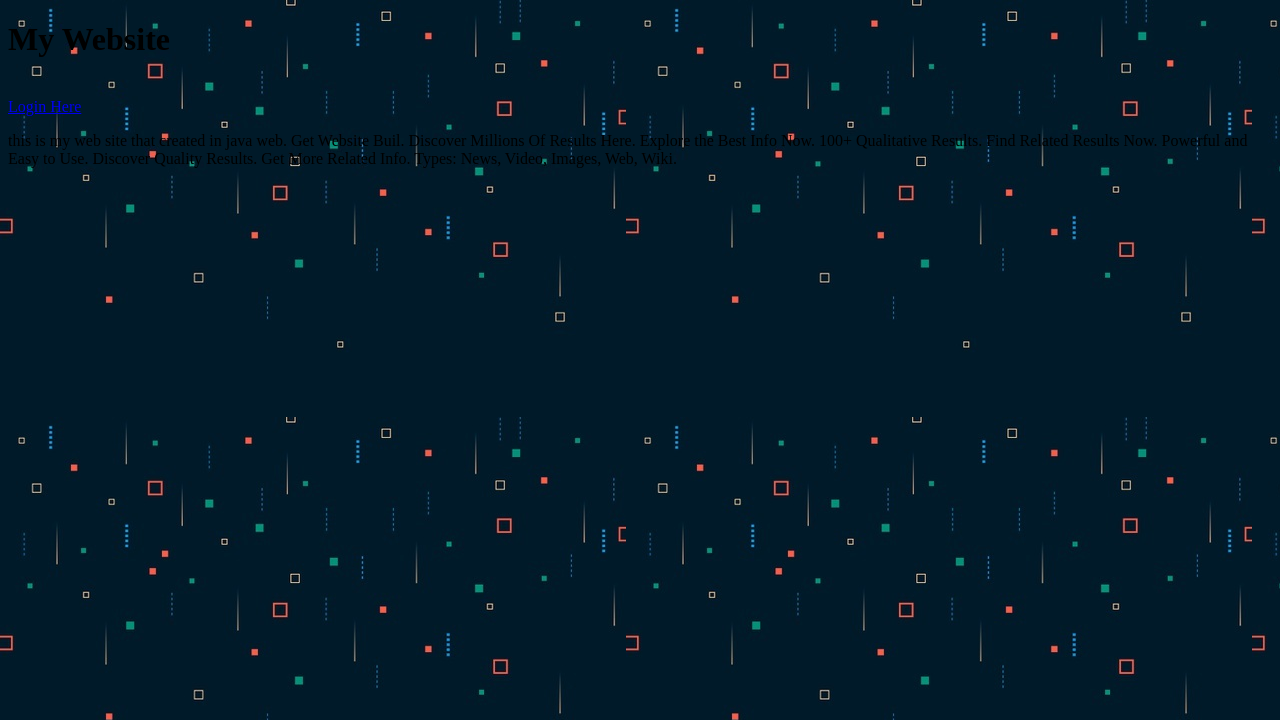
Repository: jyotiprajapati98/Techment_Training_2020
Page: Day 13 (servlets)/Techment_WebProject/WebContent/index.html
An editor plug-in stored every save of this project. The page is shown before and after the next save, followed by the edit.
The browser window is 1280 px wide. The pictures show the whole page.

Above is the page before, as saved 2020-06-10 06:30:49.

After the next save:
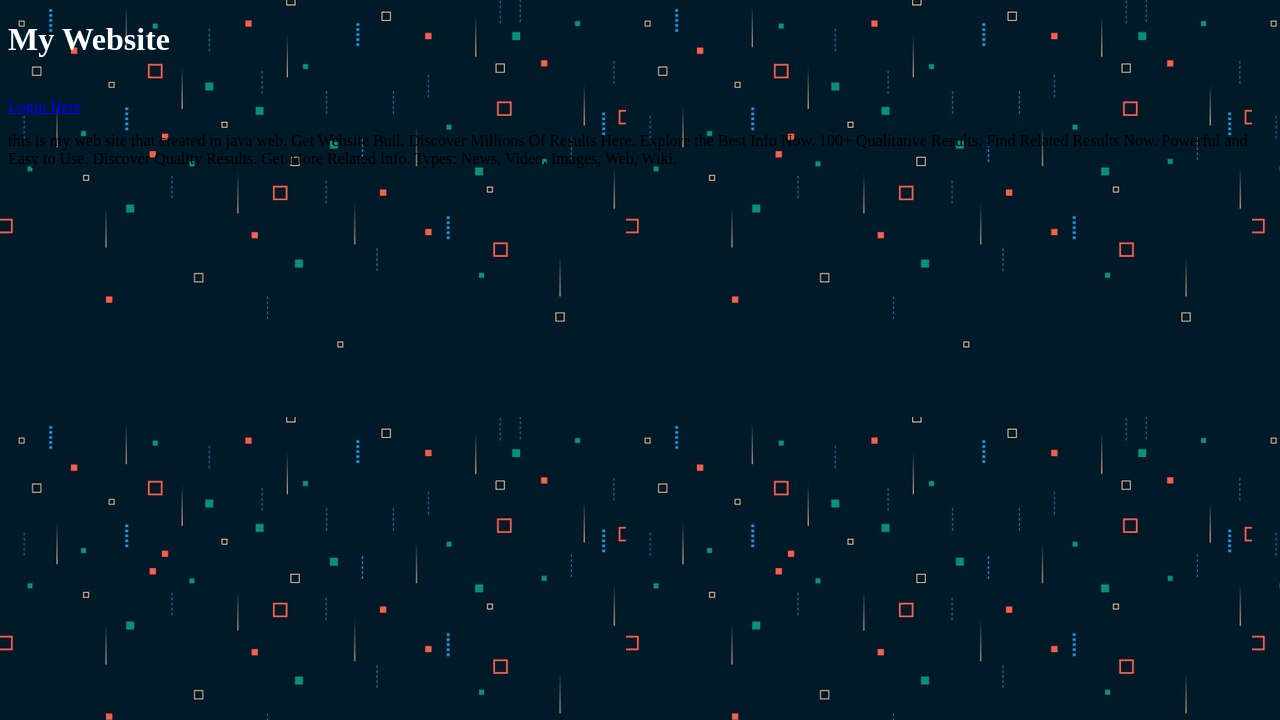
Saved 53 s later.
--- a/Day 13 (servlets)/Techment_WebProject/WebContent/index.html
+++ b/Day 13 (servlets)/Techment_WebProject/WebContent/index.html
@@ -5,7 +5,7 @@
 <title>Insert title here</title>
 </head>
 <body style="background-image:url('body.jpg');">
-  <H1>My Website</H1><br>
+  <H1 style="color:white;">My Website</H1><br>
   <a href="login.html">Login Here</a>
 
   <br>
